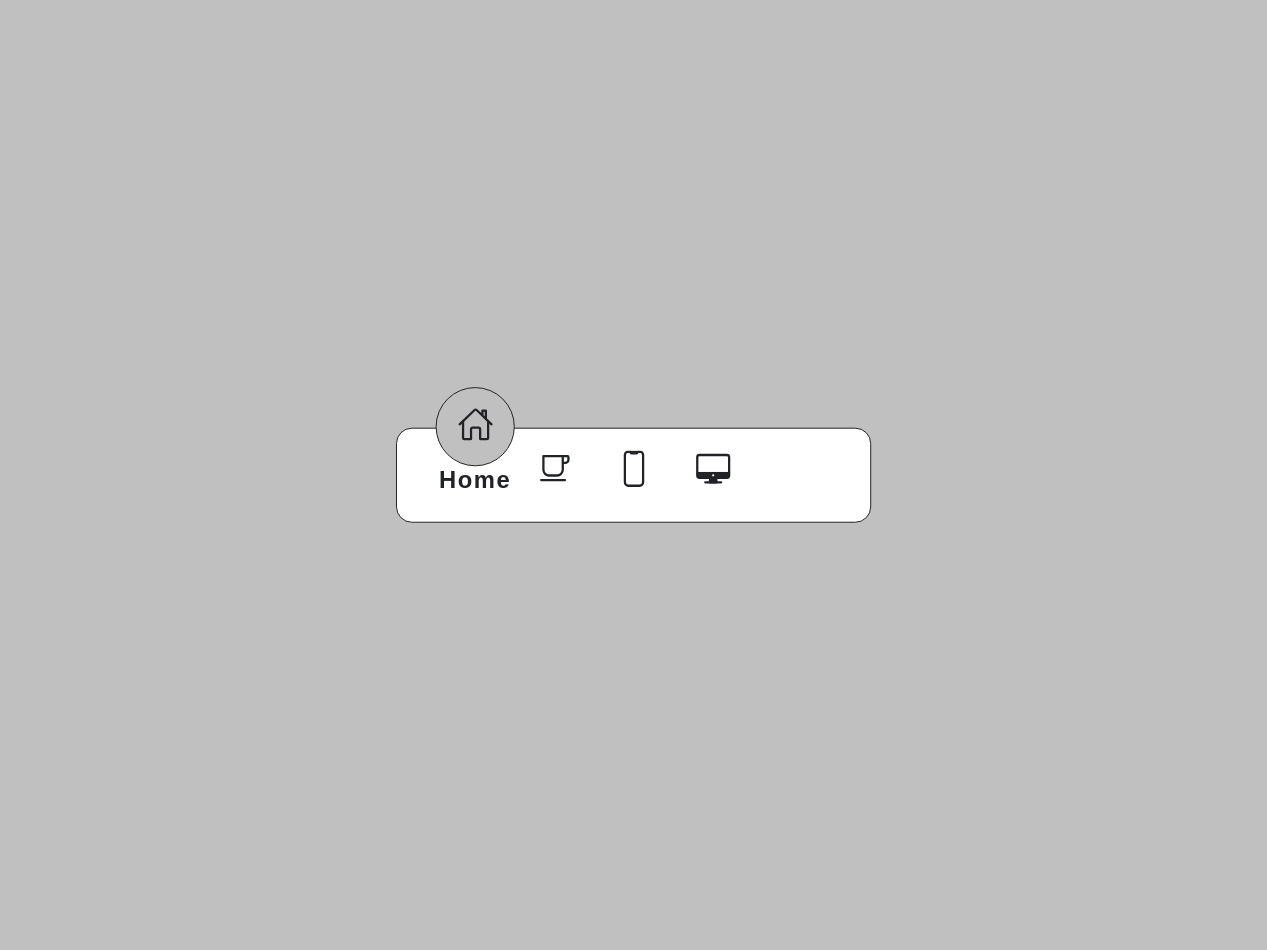
Repository: DevJoeYC/Metabukcs
Page: http://localhost/metabucks/
The author's editor kept a copy of each file at every save. The page is drawn from the files as they stood at one save, then again after the next save.
The browser window is 1280 px wide. The pictures show the whole page, at 99% of full size.
The page is served by Tomcat 9. Other server files are loaded and not shown.

Above is the page before, as saved 2022-05-27 01:09:36.

### metabucks/WebContent/index.html
<!DOCTYPE html>
<html>
<head>
	<meta charset="UTF-8">
	<title>CTEAM team project nav</title>
	<link rel="stylesheet" type="text/css" href="./show/test.css">
	<script src="./show/common.js"></script>
	<script src="./show/jquery.js"></script>
</head>
<body>
	<div class="nav">
		<ul>
			<li class="list active">
				<a href="./HOME/index.jsp" target="_blank">
					<span class="icon"><ion-icon name="home-outline"></ion-icon></span>
					<span class="text">Home</span>
				</a>
			</li>
			<li class="list">
				<a href="./KIOSK/index.jsp" target="_blank">
					<span class="icon"><ion-icon name="cafe-outline"></ion-icon></span>
					<span class="text">KIOSK</span>
				</a>
			</li>
			<li class="list">
				<a href="./METAORDER/index.jsp" target="_blank">
					<span class="icon"><ion-icon name="phone-portrait-outline"></ion-icon></span>
					<span class="text">Metaoder</span>
				</a>
			</li>
			<li class="list">
				<a href="./POS/index.html" target="_blank">
					<span class="icon"><ion-icon name="desktop-outline"></ion-icon></span>
					<span class="text">POS</span>
				</a>
			</li>
			<div class="indicator"></div>
		</ul>
	</div>
	<script>
		var list = document.querySelectorAll('.list');
		function activeLink(){
			list.forEach((item) => item.classList.remove('active'));
			this.classList.add('active');
		}
		list.forEach((item) =>
		item.addEventListener('mouseover', activeLink));
	</script>
	<script type="module" src="https://unpkg.com/ionicons@5.5.2/dist/ionicons/ionicons.esm.js"></script>
	<script nomodule src="https://unpkg.com/ionicons@5.5.2/dist/ionicons/ionicons.js"></script>
</body>
</html>

### metabucks/WebContent/show/test.css
* {
	margin: 0;
	padding: 0;
	box-sizing: border-box;
	font-family: 'Poppins', sans-serif;
}

:root
{
	--clr: #222327;
}

body
{
	display: flex;
	justify-content: center;
	align-items: center;
	min-height: 60rem;
	background: silver;
}

.nav
{
	position: relative;
	width: 30rem;
	height: 6rem;
	background: #fff;
	display: flex;
	justify-content: center;
	align-items: center;
	border: 0.1rem solid var(--clr);
	border-radius: 1rem;
}

.nav ul
{
	display: flex;
	width: 25rem;
}

.nav ul li
{
	position: relative;
	list-style: none;
	width: 5rem;
	height: 5rem;
	z-index: 1;
}

.nav ul li a
{
	position: relative;
	display: flex;
	justify-content: center;
	align-items: center;
	flex-direction: column;
	width: 100%;
	text-align: center;
	font-weight: bolder;
}

.nav ul li a .icon
{
	position: relative;
	display: block;
	line-height: 5rem;
	font-size: 2.3em;
	text-align: center;
	transition: 0.5s;
	color: var(--clr);
}

.nav ul li.hover a .icon
{
	transform: translateY(-2.8rem);
}
.nav ul li.active a .icon
{
	transform: translateY(-2.8rem);
}

.nav ul li a .text
{
	position: absolute;
	color: var(--clr);
	font-weight: bolder;
	font-size: 1.5rem;
	letter-spacing: 0.1rem;
	transition: 0.5s;
	opacity: 0;
	transform: translateY(-1rem);
}

.nav ul li.hover a .text
{
	opacity: 1;
	transform: translateY(0.3rem)
}
.nav ul li.active a .text
{
	opacity: 1;
	transform: translateY(0.3rem)
}

.indicator
{
	position: absolute;
	top: -2.6rem;
	width: 5rem;
	height: 5rem;
	background: silver;
	border-radius: 50%;
	border: 0.1rem solid var(--clr);
	transition: 0.5s;
}

.nav ul li:nth-child(1).active ~ .indicator
{
	transform: translateX(calc(5rem * 0));
}
.nav ul li:nth-child(2).active ~ .indicator
{
	transform: translateX(calc(5rem * 1));
}
.nav ul li:nth-child(3).active ~ .indicator
{
	transform: translateX(calc(5rem * 2));
}
.nav ul li:nth-child(4).active ~ .indicator
{
	transform: translateX(calc(5rem * 3));
}
.nav ul li:nth-child(5).active ~ .indicator
{
	transform: translateX(calc(5rem * 4));
}

### metabucks/WebContent/show/common.js
/****************************************************************************************************
 *	작성자 : 함경환
 *	작성일 : 2022-05-20 11:45
****************************************************************************************************/

//선택된 메뉴를 str로 strURL의 이름을 가진 페이지에 요청을 보낸다.
//결과 값은 to의 id를 가진 곳에 반영한다
function setDiv(to, strURL, str) {
	//선택된 메뉴를 str로 strURL의 이름을 가진 페이지에 요청을 보낸다.
	$.ajax({
		type		: "POST",
		url			: strURL + str,
		dataType	: "HTML",
		contentType : "application/x-www-form-urlencoded; charset=UTF-8",
		success		: function (data) {$(to).html(data);},
		complete	: function (data) {},
		error		: function (data) {}
	});
}

function toggle(obj){
	$(obj).parent().children().css({ "background-color" : "silver" });
	$(obj).css({ "background-color" : "white" });
}

Loaded but not shown: metabucks/WebContent/show/jquery.js (library)

After the next save:
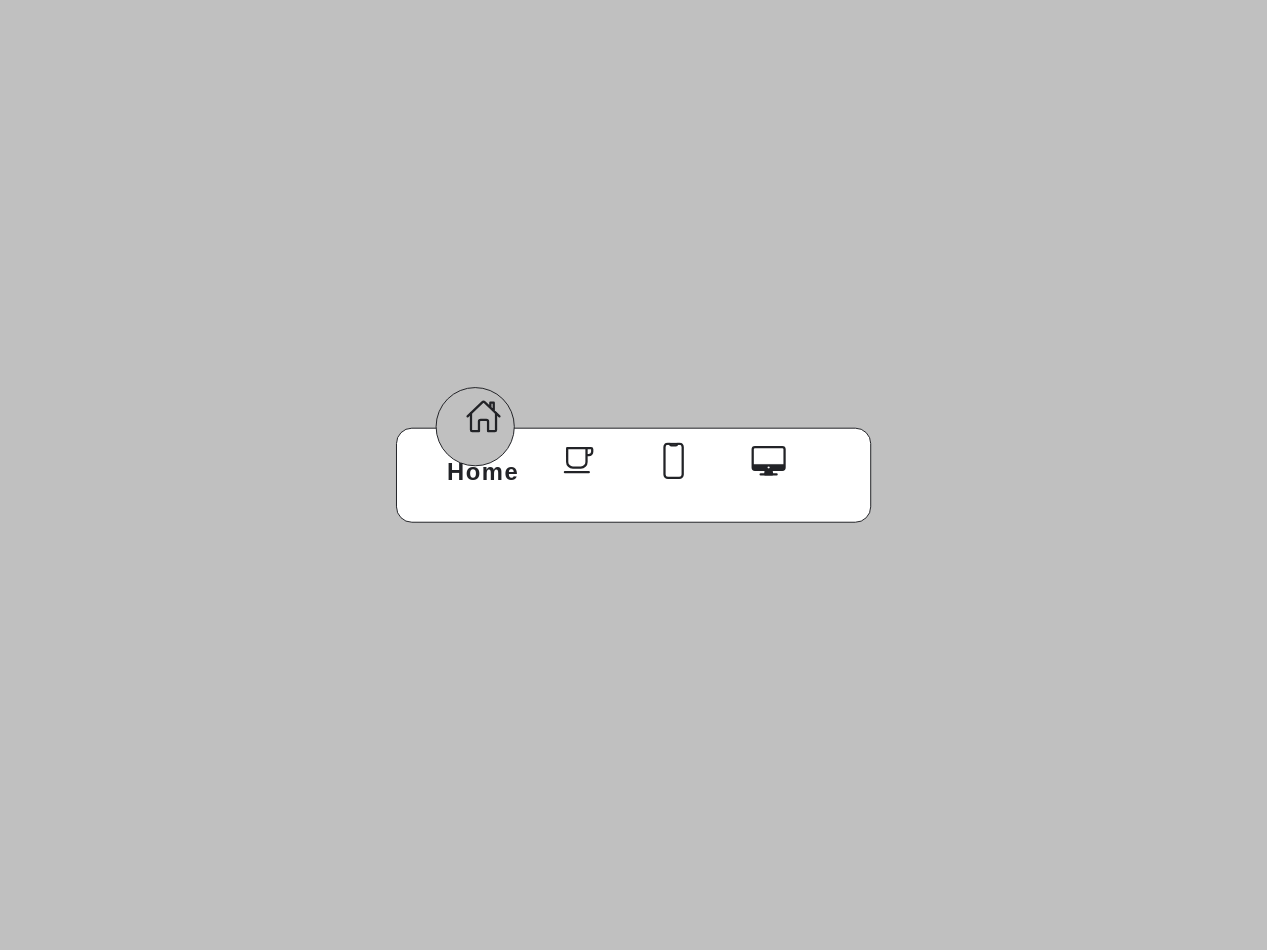
Saved 104 s later.
--- a/metabucks/WebContent/show/test.css
+++ b/metabucks/WebContent/show/test.css
@@ -42,8 +42,8 @@ body
 {
 	position: relative;
 	list-style: none;
-	width: 5rem;
-	height: 5rem;
+	width: 6rem;
+	height: 6rem;
 	z-index: 1;
 }
 
